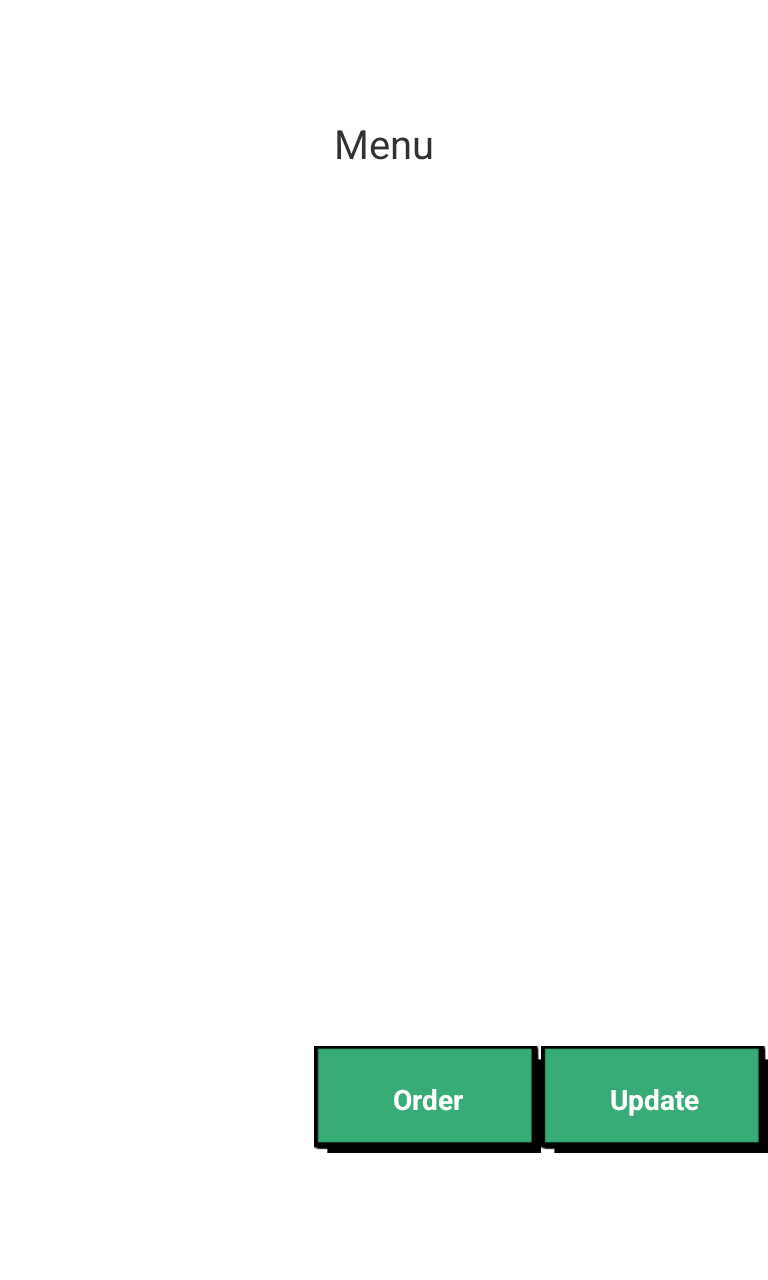
Repository: VanThi/Smart_Order
Layout: Project OS/Project_SO/res/layout/menu_item.xml
The author's editor kept a copy of each file at every save. The layout is drawn from the files as they stood at one save, then again after the next save.
It is drawn on a 768 x 1280 px phone screen (xhdpi) without system bars, with theme AppTheme; the app's code is not run. Lists and similar views that code fills are empty.

Above is the layout before, as saved 2013-11-09 13:40:28.

After the next save:
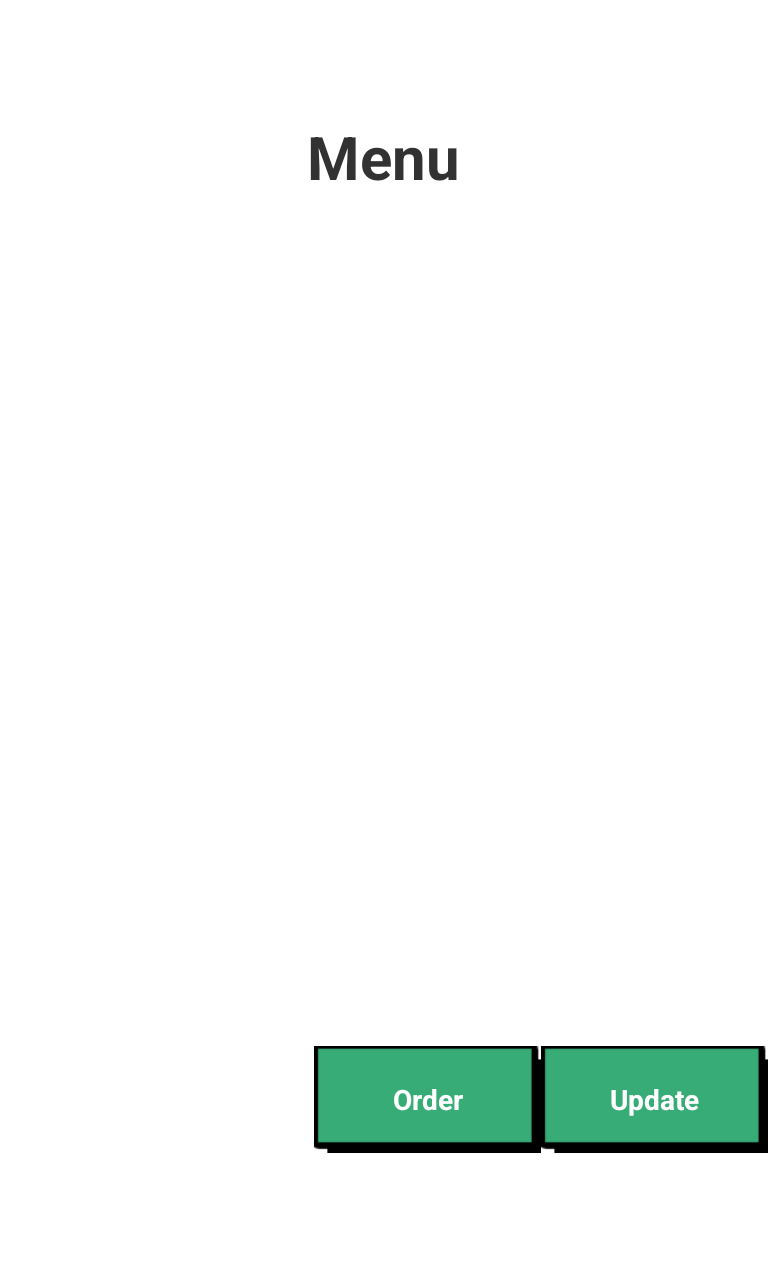
Saved 74 s later.
--- a/Project OS/Project_SO/res/layout/menu_item.xml
+++ b/Project OS/Project_SO/res/layout/menu_item.xml
@@ -15,7 +15,8 @@
         android:layout_gravity="center"
         android:layout_weight="1"
         android:text="@string/menu"
-        android:textSize="20sp" />
+        android:textStyle="bold"
+        android:textSize="30sp" />
 
     <ListView
         android:id="@+id/menu_item"
